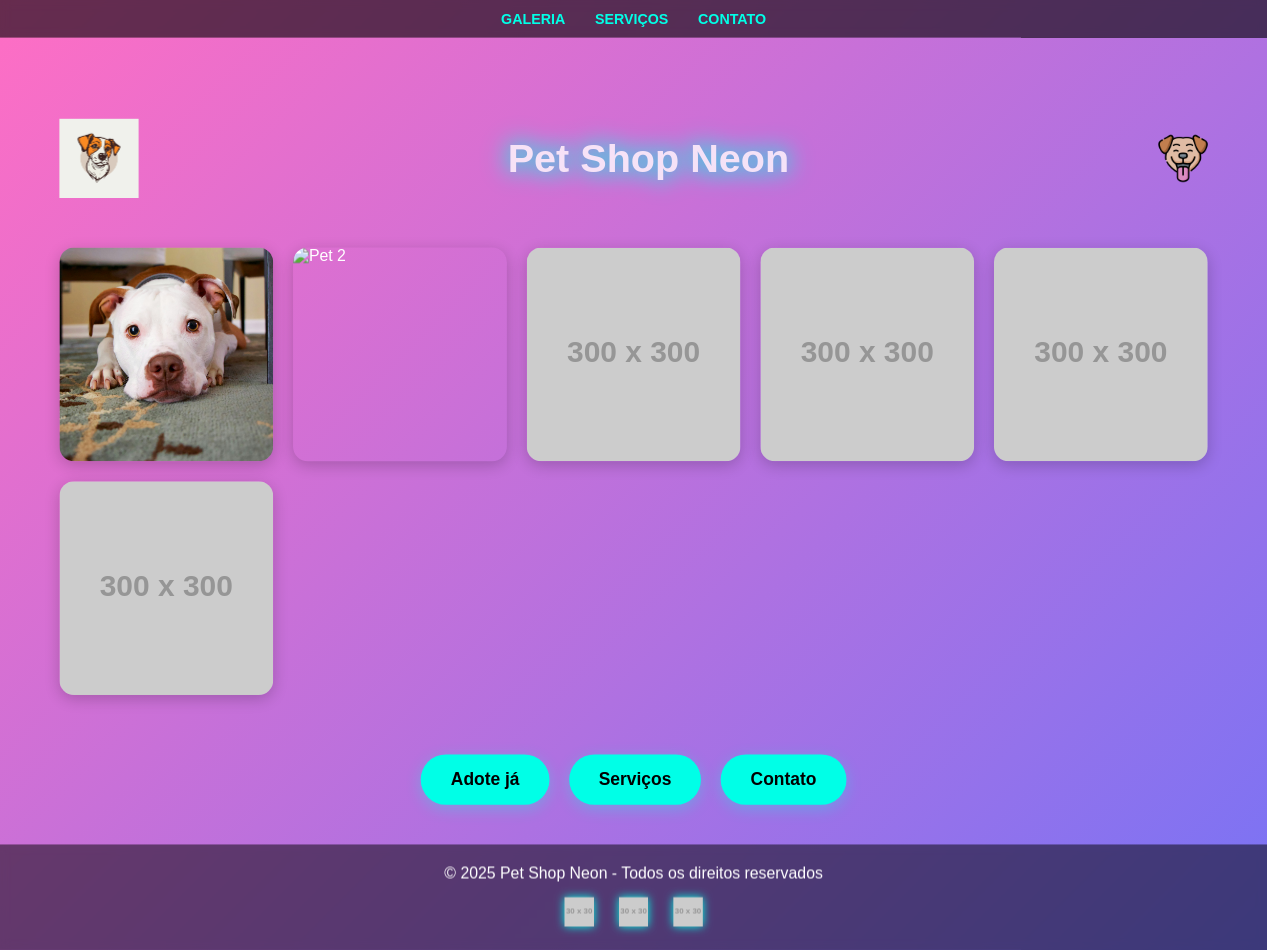
Repository: Sandro1969-tech/Desafio-petshop
Page: index.html
The author's editor kept a copy of each file at every save. The page is drawn from the files as they stood at one save, then again after a run of saves.
The browser window is 1280 px wide. The pictures show the whole page, at 99% of full size.

Above is the page before, as saved 2025-12-09 18:36:37.

After the next 2 saves:
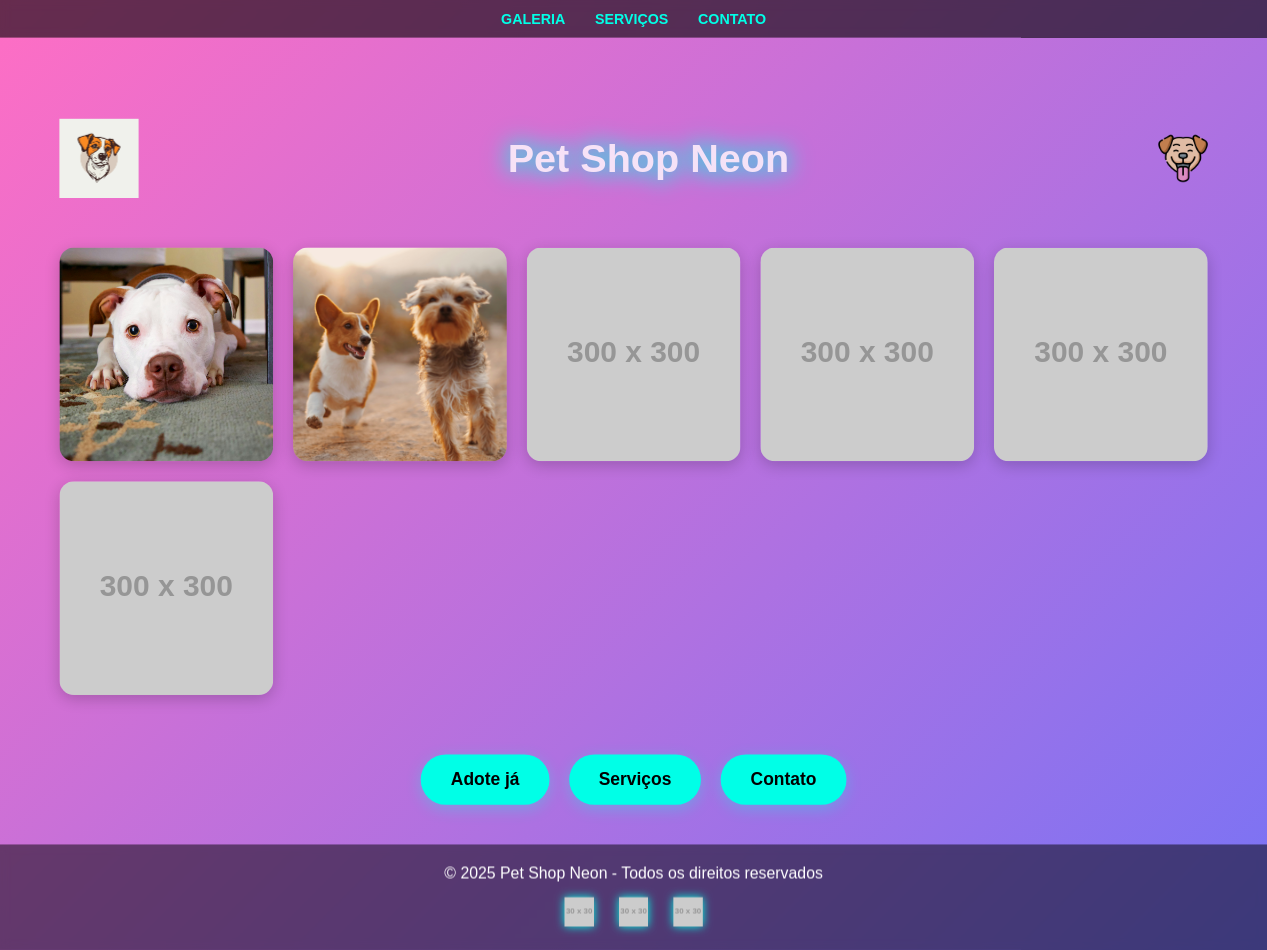
The 2 saves are shown as one change because they came seconds apart.
The last was saved 6 s later.
--- a/index.html
+++ b/index.html
@@ -26,7 +26,7 @@
   <main>
     <section id="gallery" class="gallery">
       <img src="assets/image/cao1.jpg" alt="dog 1">
-      <img src="" alt="Pet 2">
+      <img src="assets/image/cao2.jpg" alt="Pet 2">
       <img src="https://via.placeholder.com/300" alt="Pet 3">
       <img src="https://via.placeholder.com/300" alt="Pet 4">
       <img src="https://via.placeholder.com/300" alt="Pet 5">
